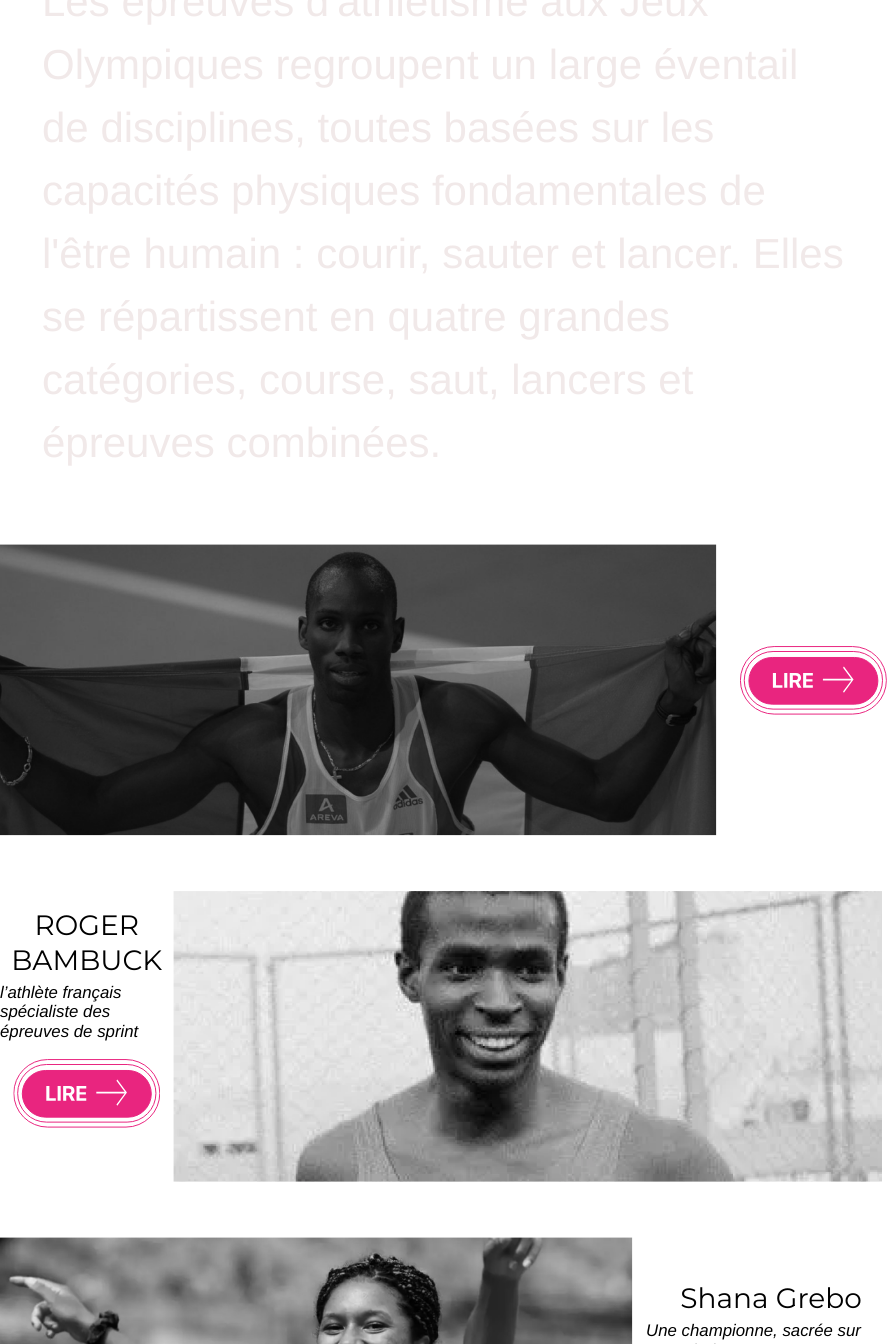
Repository: AdilGHAZAL/MosaiqueWebdoc
Page: /
These files come from the project's save history. The page is drawn as it stood at one moment and after the next save; the edit follows.
The browser window is 1280 px wide. The pictures show the part of the page from y = 1230 to 3150 px (the page is 9391 px tall), at 70% of full size.
The page's requests for data from a server got no answer. Some web fonts or font styles are not loaded; a fallback is used. Some web libraries are served in a nearby version. The project was rebuilt for these pictures with package versions that can differ from the ones it lists, and the page was loaded fresh each time. No one was signed in, and anything a server would have sent is missing. Also part of the build but not shown: vite.config.js, src/Athelete1/Athlete1.css, src/Athelete1/Athlete1.jsx, src/LoginScreen.jsx, src/backoffice.jsx, src/TrainingPage.css, src/TrainingPage.jsx.

Above is the page before, as saved 2024-05-03 01:06:27.

### index.html
<!doctype html>
<html lang="en">
  <head>
    <meta charset="UTF-8" />
    <link rel="icon" type="image/svg+xml" href="./src/logos/logoMosaique.svg" />
    <meta name="viewport" content="width=device-width, initial-scale=1.0" />
    <title>Mosaique</title>
    <link rel="preconnect" href="https://fonts.googleapis.com">
<link rel="preconnect" href="https://fonts.gstatic.com" crossorigin>
<link href="https://fonts.googleapis.com/css2?family=Mina:wght@400;700&display=swap" rel="stylesheet">
<link rel="stylesheet" href="https://cdn.jsdelivr.net/npm/bootswatch@4.5.2/dist/minty/bootstrap.min.css">
  </head>
  <body>
    <div id="root"></div>
    <script type="module" src="/src/main.jsx"></script>
  </body>
</html>

### src/App.jsx
import React from 'react';
import { BrowserRouter as Router, Routes, Route } from 'react-router-dom';
import './App.css';
import HomePage from './components/HomePage';
import Athlete1 from './Athelete1/Athlete1'; // Correct the file path
import LoginScreen from './LoginScreen';
import MainView from './backoffice';
import TrainingPage from './TrainingPage';

const App = () => {
    return (
        <Router>
            <Routes>
                <Route path="/" element={<HomePage/>} />
                <Route path="/athlete/:id" element={<Athlete1 />} />
                <Route path="/login" element={<LoginScreen />} />
                <Route path="/backoffice" element={<MainView />} />
            </Routes>
        </Router>
    );
};

export default App;

### src/index.css
:root {
  --rose: #E9257F;
  overflow-x: hidden;
}

### src/App.css
/* App.css */
.app-container {
  height: 100vh;
  background-color: #f0f0f0;
}

### src/components/HomePage.jsx
import React, { useEffect, useRef } from 'react';
import Navbar from './Navbar';
import { Application } from '@splinetool/runtime';
import './HomePage.css';
import MonComposant from './Athletes';
import MonComposant2 from './Athletes2';
import MonComposant3 from './Athletes3';
import VideoYoutube from './VideoYoutube';
import TroisDivs from './TroisDivs';
import SliderComponentContainer from './SliderComponentContainer';
import Footer from './Footer';
import PhotoGrid from './PhotoGrid';



const HomePage = () => {


  return (
    <div className="app-container">
      <Navbar />
      <div className="content">
        <h1 className="main-title">
          <span className="bold-text">Paris 2024:</span><span> Célébrez la beauté et la puissance du corps humain.</span>
        </h1>
        <div className="UBimage">
          <img src="./src/assets/ub1.png" alt="imageUB" />
        </div>
        <section className='scroll-reveal' >
          <span>
            Les épreuves d'athlétisme aux Jeux Olympiques regroupent un large éventail de disciplines, toutes basées sur les capacités physiques fondamentales de l'être humain : courir, sauter et lancer. Elles se répartissent en quatre grandes catégories, course, saut, lancers et épreuves combinées.
          </span>
        </section>

      </div>
      <div className='athletes'>
        {/* Adding the ScrollPhotos component */}
        <MonComposant/>
        <MonComposant2/>
        <MonComposant3/>
      </div>
      <VideoYoutube/>
      <TroisDivs/>
      <SliderComponentContainer />
      <PhotoGrid/>
      <Footer/>


    </div>
  );
};

export default HomePage;

### src/components/Navbar.jsx
import React, { useState } from 'react';
import './Navbar.css';
import Burger from "../assets/menuBurger.svg";
import Cross from "../assets/cross.svg";
import iconMosaique from "../logos/logoMosaique.svg";
import iconVilleparis from "../logos/logoVilledeparis.svg";

const Navbar = () => {
  const [isOpen, setOpen] = useState(false); // State to manage the menu visibility

  return (
    <div className="navbar">
      <div className="logo-container">
        <a href="URL_of_the_first_logo" target='_blank' rel="noopener noreferrer">
          <img className="logo" src={iconMosaique} alt="First Logo" />
        </a>
        <img className="cross-icon" src={Cross} alt="Cross Icon" />
        <a href="https://www.paris.fr"  target='_blank' rel="noopener noreferrer">
          <img className="logo" src={iconVilleparis} alt="Second Logo" />
        </a>
      </div>
      <div className="right-container">
        <div className="text-containerNav">
            Athlétisme
        </div>
        <div className="menuBurger">
          <img src={Burger} alt="Menu Burger Icon" onClick={() => setOpen(!isOpen)} />
        </div>
      </div>
      {isOpen && (
        <div className="dropdown-menu">

          <a href="/login">Login</a>
          <a href="#parcours">Des parcours examplaire</a>
          <a href="#exclusive">Vidéo exclusive</a>
          <a href="#sessions">Séances d'entraînement</a>
        </div>
      )}
    </div>
  );
};

export default Navbar;

### src/components/Athletes.jsx
import React, { useState, useEffect } from 'react';
import './Athletes.css';
import { Link } from 'react-router-dom';
import { collection, getDocs } from 'firebase/firestore';
import { db } from '../firebaseConfig';

const MonComposant = () => {
  const [selectedChampion, setSelectedChampion] = useState(null);
  const [champions, setChampions] = useState([]);

  useEffect(() => {
    const fetchChampions = async () => {
      try {
        const championsSnapshot = await getDocs(collection(db, 'champions')); // Assurez-vous que db est une référence valide à votre base de données Firestore
        let championsData = championsSnapshot.docs.map(doc => ({ id: doc.id, ...doc.data() }));
        championsData = championsData.sort((a, b) => a.year - b.year);
        setChampions(championsData);
        setSelectedChampion(championsData[0]);
      } catch (error) {
        console.error('Erreur lors de la récupération des champions :', error);
      }
    };

    fetchChampions();
  }, []);

  return (
    <div className="containerAthletes">
      <div className="photoAthletes">
        <img src="./src/assets/photo1.png" alt="Description de la photo" />

      </div>
      <div className="contenuAthletes">
        <h2>{selectedChampion && selectedChampion.name}</h2>
        <p></p>
        <Link to={`/athlete/${selectedChampion && selectedChampion.id}`}>
          <div className="image-button-athl">
          </div>
        </Link>
      </div>
    </div>
  );
};

export default MonComposant;

### src/components/Athletes2.jsx
import React from 'react';
import './Athletes.css';
import humainicon from "../assets/humainicon.svg"

const MonComposant2 = () => {
  return (
    <div className="containerAthletes">

      <div className="contenuAthletes">
        <h2>ROGER BAMBUCK</h2>
        <p>l’athlète français spécialiste des épreuves de sprint</p>
        <div class="image-button-athl">
          <button />
      </div>
      </div>
        {/* <img src={humainicon} alt="" style={{height:"20px", width:"20px", position:"absolute"}}/> */}
      <div className="photoAthletes">
        {/* Ajoutez votre composant photo ici */}
        <img src="./src/assets/Athlete2.png" alt="Description de la photo" />
      </div>

    </div>
  );
}

export default MonComposant2;

### src/components/Athletes3.jsx
import React from 'react';
import './Athletes.css';


const MonComposant3 = () => {
  return (
    <div className="containerAthletes">
      <div className="photoAthletes">
        {/* Ajoutez votre composant photo ici */}
        <img src="./src/assets/Athlete3.png" alt="Description de la photo" />
      </div>
      <div className="contenuAthletes">
        <h2>Shana Grebo</h2>
        <p>Une championne, sacrée sur 400m haies,</p>
        <div class="image-button-athl">
          <button />
        </div>
      </div>
    </div>
  );
}
export default MonComposant3;

### src/components/VideoYoutube.jsx
import React from 'react';
import './VideoYoutube.css';

const VideoYoutube = ({ titre, videoId, footerText }) => {
  return (
    <div className="conteneur-video">
      <div className="titleVideo">
        <h2>Inspirez-vous des meilleurs !</h2>
      </div>
      <div className="video">
        <iframe
          width="100%"
          height="500"
          src={`https://www.youtube.com/embed/${videoId}`}
          title={titre}
          frameborder="0"
          allow="accelerometer; autoplay; clipboard-write; encrypted-media; gyroscope; picture-in-picture"
          allowfullscreen
        ></iframe>
      </div>
      <div className="video-footer">
        {footerText} Video exclusive des débuts d’Usain Bolt
      </div>
    </div>
  );
}

export default VideoYoutube;

### src/components/TroisDivs.jsx
import React from 'react';
import logo1 from '../assets/Icon3.svg';
import logo2 from '../assets/Icon2.svg';
import logo3 from '../assets/Group.svg';
import './TroisDivs.css';

const TroisDivs = () => {
  return (
    <div>
      <h1 className="TitreTroisDivs">Leur conseils
pour debuter</h1>
      <div className="conteneur-trois-divs">
        <div className="carteTroisDivs">
          <img src={logo1} alt="Logo 1" />
          <h3>Matériel</h3>
          <p>Tout ce dont vous avez besoin pour commencer</p>
        </div>
        <div className="carteTroisDivs">
          <img src={logo2} alt="Logo 2" />
          <h3>Entraînement</h3>
          <p>Tout ce que vous devez savoir sur la préparation physique</p>
        </div>
        <div className="carteTroisDivs">
          <img src={logo3} alt="Logo 3" />
          <h3>Astuces</h3>
          <p>Tout ce que vous devez savoir pour bien finir la séance</p>
        </div>
      </div>
      <div className="centrer-bouton">

        <div class="image-button-sentrainer">
          <button />
      </div>
      </div>
    </div>
  );
}

export default TroisDivs;

### src/components/SliderComponentContainer.jsx
import React from 'react';
import SliderComponent from './SliderComponent';
import './SliderComponentContainer.css';

function SliderComponentContainer() {
  const slides = [
    {
      image: './src/assets/ImageFille2.png',
      caption: '30 Km Pro'
    },
    {
      image: './src/assets/ImageFille.png',
      caption: '10 Km Intermédiaire'
    },
    {
      image: './src/assets/ImageFille3.png',
      caption: '3 Km Débutant'
    }
  ];

  return (
    <div className="slider-component-container">
      <h1>Relevez les défis et partagez-les</h1>
      <p>Participez aux challenges proposés et gagnez des lots*</p>
      <p>*disponibles depuis la boutique officielle sur présentation du mail</p>
      <SliderComponent slides={slides} />
    </div>
  );
}

export default SliderComponentContainer;

### src/components/Footer.jsx
import React from 'react';
import './Footer.css';

function Footer() {
  return (
    <footer className="footer" >
      <div className="container">
      </div>
    </footer>
  );
}

export default Footer;

### src/components/PhotoGrid.jsx
import React from 'react';
import './PhotoGrid.css'; // Import your CSS file

const PhotoGrid = () => {
  return (
    <div className='container'>
        <div className="photoGridContainer">
      <div className="div1">
      <img src="./src/assets/PhotoInsta4.png" alt="Description of Image 1" />
      </div>
      <div className="div2">
      <img src="./src/assets/PhotoInsta3.png" alt="Description of Image 1" />
      </div>
      <div className="div3">
         <img src="./src/assets/PhotoInsta5.png" alt="Description of Image 1" />
      </div>
      <div className="div4">
         <img src="./src/assets/PhotoInsta1.png" alt="Description of Image 1" />
      </div>
      <div className="div5">
         <img src="./src/assets/PhotoInsta2.png" alt="Description of Image 1" />
      </div>
      <div className="div6">
         <img src="./src/assets/PhotoInsta6.png" alt="Description of Image 1" />
      </div>
      </div>
      <div className='photoGridText'>
        <p>
            Partagez vos réussites en groupe ou solo et gagnez des
            récompenses*
            *des médailles,  des goodies JO, des bons d(achats chez nos partenaires et bien d’autres encore ...
        </p>
      </div>
    </div>
  );
}

export default PhotoGrid;

### src/firebaseConfig.jsx
// Import the functions you need from the SDKs you need
import { initializeApp } from "firebase/app";
import { getAuth } from "firebase/auth";
import { getFirestore } from "firebase/firestore";
// TODO: Add SDKs for Firebase products that you want to use
// https://firebase.google.com/docs/web/setup#available-libraries

// Your web app's Firebase configuration
const firebaseConfig = {
  apiKey: "AIzaSyAUMnE3uMe61y8NbS4tX2Nn4PoW8VoGS0U",
  authDomain: "webdoc-a4a03.firebaseapp.com",
  projectId: "webdoc-a4a03",
  storageBucket: "webdoc-a4a03.appspot.com",
  messagingSenderId: "931293814028",
  appId: "1:931293814028:web:5bc01cfec675ae5bf27d29"
};

// Initialize Firebase
export const FIREBASE_APP = initializeApp(firebaseConfig);
export const FIREBASE_AUTH=getAuth(FIREBASE_APP)
export const db=getFirestore(FIREBASE_APP)

### src/components/Athletes.css
.containerAthletes {
  display: flex;
    justify-content: center;
    margin-bottom: 3rem;
    margin-top: 5rem;
}

.photoAthletes {
  flex: 1;
  margin-right: 20px;
}

.photoAthletes:hover img {
  filter: brightness(50%);
}


.contenuAthletes {
  flex: 2;
  display: flex;
  flex-direction: column;
  align-items: center;
  margin: auto;

  h2 {
    color: #000;
    text-align: center;
    font-size: 40px;
    font-style: normal;
    font-weight: 200;
    line-height: normal;
  }
  p {
    color: #000;
    font-size: 24px;
    font-style: italic;
    font-weight: 200;
    line-height: normal;
  }
  button {
    /* padding: 8px 16px;
    font-size: 14px;
    background-color: #226fc2;
    color: #fff;
    border: none;
    border-radius: 4px;
    cursor: pointer; */
  }

  button:hover {
    /* background-color: #0056b3; */
  }

  button:focus {
    outline: none;
  }

}




.image-button-athl {
  display: inline-block;
  background-image: url('../assets/lire.svg');
  background-size: cover;
  width: 210px;
  height: 112px;
  margin-bottom: 50px;
}

.image-button-athl button {
  width: 100%;
  height: 100%;
  background: transparent;
  border: none;
  padding: 8px 16px;
    font-size: 14px;
    border: none;
    border-radius: 4px;
    cursor: pointer;
}

.image-button-athl:hover  {
  filter: opacity(0.8);
}

### src/components/VideoYoutube.css
.conteneur-video {
    display: flex;
    flex-direction: column;
    align-items: center; /* Centers items horizontally */
    width: 100%; /* Full width of the container */
  }

  .titleVideo h2 {
    color: #000000;
    font-family: "SF Pro Display", Helvetica, sans-serif; /* Ensure fallback fonts */
    font-size: 110px; /* Large and prominent font size */
    font-weight: 700;
    line-height: 131.27px;
    text-align: center;
    margin-bottom: 20px; /* Space between title and video */
  }

  .video {
    width: 90%; /* Control the width of the video container */
    max-width: 960px; /* Maximum width */
    margin-top: 20px;
  }

  .video-footer {
    font-family: "SF Pro Display", Helvetica, sans-serif;
    font-size: 40px;
    font-weight: 200;
    line-height: 47.73px;
    text-align: center;
    margin-top: 20px;
    width: 100%;
    color: #666666;
  }
  @media (max-width: 768px) {
    .titleVideo h2 {
      font-size: 60px;
      line-height: 70px;
    }

    .video-footer {
      font-size: 24px;
      line-height: 28px;
    }
  }

  @media (max-width: 480px) {
    .titleVideo h2 {
      font-size: 40px;
      line-height: 48px;
    }

    .video-footer {
      font-size: 20px;
      line-height: 24px;
    }
  }

### src/components/SliderComponent.jsx
import React, { useState } from 'react';
import './SliderComponent.css';

const SliderComponent = ({ slides }) => {
  const [currentIndex, setCurrentIndex] = useState(0);

  const goToPrevious = () => {
    const isFirstSlide = currentIndex === 0;
    setCurrentIndex(isFirstSlide ? slides.length - 1 : currentIndex - 1);
  };

  const goToNext = () => {
    const isLastSlide = currentIndex === slides.length - 1;
    setCurrentIndex(isLastSlide ? 0 : currentIndex + 1);
  };

  const goToSlide = (index) => {
    setCurrentIndex(index);
  };

  return (
    <div className="slider-container">
      <div className="slide previous" onClick={goToPrevious}>
        {currentIndex > 0 && <img src={slides[currentIndex - 1].image} alt="Previous slide" />}
      </div>
      <div className="slide active">
        <img src={slides[currentIndex].image} alt={slides[currentIndex].caption} />
        <div className="caption">{slides[currentIndex].caption}</div>
      </div>
      <div className="slide next" onClick={goToNext}>
        {currentIndex < slides.length - 1 && <img src={slides[currentIndex + 1].image} alt="Next slide" />}
      </div>
      <div className="navigation">
        {slides.map((slide, index) => (
          <span key={index} className={`dot ${index === currentIndex ? 'active' : ''}`} onClick={() => goToSlide(index)}></span>
        ))}
      </div>
    </div>
  );
};

export default SliderComponent;

### src/components/SliderComponentContainer.css
.slider-component-container {
    text-align: center;
    font-family: 'SF Pro Display', Arial, sans-serif;
    width: 100%;
    margin: auto;
}

.slider-component-container h1 {
    font-family: 'SF Pro Display', Arial, sans-serif;
    font-size: 110px;
    font-weight: 500;
    line-height: 131.27px;
    text-align: center;
    color: #000;
}

.slider-component-container p {
    font-family: 'SF Pro Display', Arial, sans-serif;
    font-size: 40px;
    font-weight: 200;
    line-height: 47.73px;
    text-align: center;
    color: #000;
}

### src/components/Footer.css
/* Footer.css */

/* Style for the footer */
.footer {
    background-image: url('../assets/footer.png'); /* Specify the URL of your background image */
    background-size: cover; /* Ensure the image covers the entire footer */
    background-position: center; /* Center the image within the footer */
    padding: 0;
    text-align: center;
    width: 100%;
    height: 551px; /* Fixed height of the footer */
    margin-top: 50px;
}

/* Style for the container inside the footer */
.footer .container {
    /* background-image: url('../assets/footer.png'); */
    background-repeat: no-repeat;
    background-size: 100% 100%; /* Make the background image fill the container */
    height: 551px;
    width: 100%;
    margin: 0 auto;
}

/* Style for the text inside the footer */
.footer .text-muted {
    color: #6c757d;
}

@media (max-width: 100%) {
    /* Adjust styles for smaller screen widths */
    .footer {
        height: auto; /* Allow footer to expand with content */
        padding: 20px;
    }

    .footer .container {
        max-width: 100%; /* Adjust container width for smaller screens */
    }
}

### src/components/PhotoGrid.css
.photoGridContainer {
    display: grid;
    grid-template-columns: repeat(4, 1fr);
    grid-template-rows: repeat(6, 1fr);
    grid-column-gap: 0px;
    grid-row-gap: 0px;
    width: 60rem;
    height: 80rem;
    margin: 40px auto;

  }
  .photoGridContainer > div {
    position: relative; /* Ensure the divs can contain absolutely positioned content */
  }

  .photoGridContainer img {
    width: 100%;
    height: 100%;
    object-fit: cover; /* Make the images cover the entire area */
  }

  .div1 { grid-area: 1 / 1 / 3 / 3; }
  .div2 { grid-area: 1 / 3 / 4 / 5; }
  .div3 { grid-area: 4 / 3 / 7 / 5; }
  .div4 { grid-area: 3 / 2 / 5 / 3; }
  .div5 { grid-area: 5 / 2 / 7 / 3; }
  .div6 { grid-area: 3 / 1 / 7 / 2; }

  .photoGridContainer div {
    margin: 5px;

  }
  .photoGridText p {
    width: 55rem;
    font-size: 27px;
    display: flex;
    justify-content: center;
    align-items: center;
  }

  .container{
    display: flex;
    flex-direction: column;
    align-items: center;
  }

### src/components/SliderComponent.css
.slider-container {
  display: flex;
  justify-content: center;
  align-items: center;
  position: relative;
  overflow: hidden;
  width: 60%;
  margin: 96px auto;}

.slide {
  position: relative;
  margin: 5px;
  transition: all 0.5s ease;
  cursor: pointer;
}

.slide.active {
  width: 200rem;
  height: 40rem;

}
.slide.next {
  width: 60rem;
  height: 20rem;
  opacity: 0.5;
}
.slide.previous {
  width: 60rem;
  height: 20rem;
  opacity: 0.5;
}
.slide img {
  width: 100%;
  height: 100%;
  object-fit: cover;
}

.caption {
  position: absolute;
  top: 0;
  left: 50%;
  transform: translateX(-50%);
  width: 100%;
  text-align: center;
  background-color: rgba(0, 0, 0, 0.5);
  color: white;
  padding: 5px 0;
  font-size: 2.5em;
  font-family: 'Mina', sans-serif;
}

.navigation {
  position: absolute;
  bottom: 10px;
  width: 100%;
  display: flex;
  justify-content: center;
}
.dot {
  height: 10px;
  width: 10px;
  margin: 0 5px;
  background-color: #bbb;
  border-radius: 50%;
  cursor: pointer;
  opacity: 1;
  visibility: visible;
}


.dot.active {
  background-color: #fff;
}

Loaded but not shown: src/main.jsx (common file); src/components/TroisDivs.css (133 lines, source omitted); src/components/Navbar.css (136 lines, source omitted); src/components/HomePage.css (94 lines, source omitted)

After the next save:
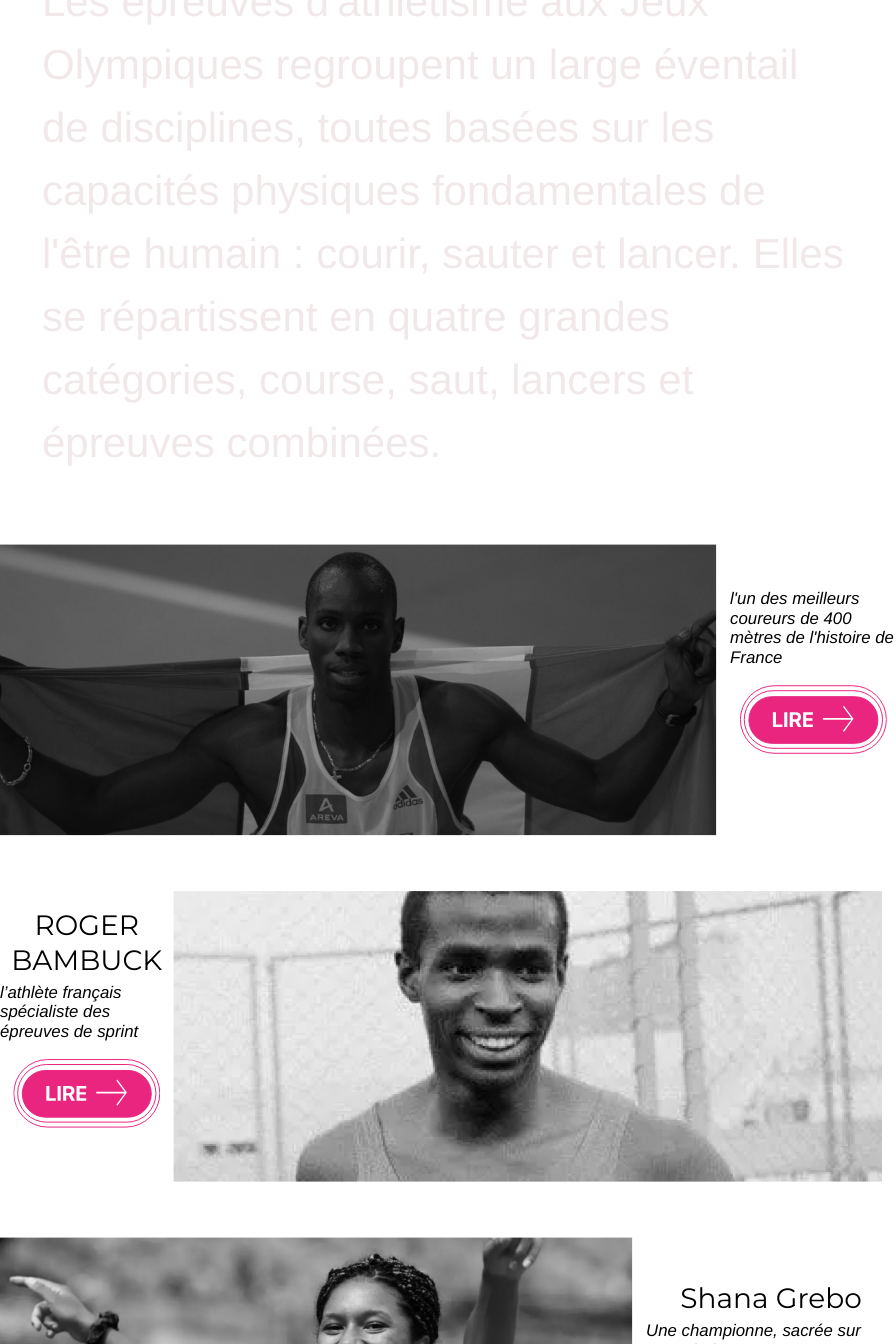
Saved 38 s later.
--- a/src/components/Athletes.jsx
+++ b/src/components/Athletes.jsx
@@ -32,7 +32,7 @@
       </div>
       <div className="contenuAthletes">
         <h2>{selectedChampion && selectedChampion.name}</h2>
-        <p></p>
+        <p> l'un des meilleurs coureurs de 400 mètres de l'histoire de France</p>
         <Link to={`/athlete/${selectedChampion && selectedChampion.id}`}>
           <div className="image-button-athl">
           </div>
